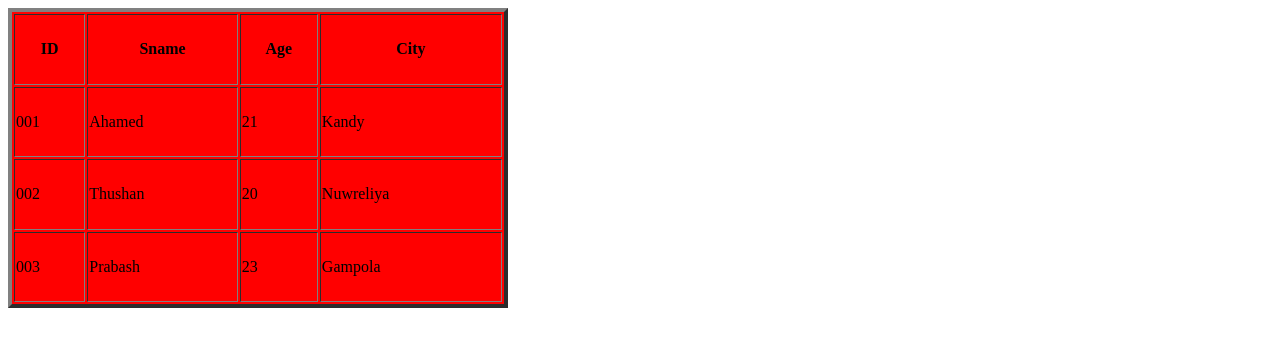
Repository: Haakim19/WebDevelopment
Page: new.html
An editor plug-in stored every save of this project. The page is shown before and after the next save, followed by the edit.
The browser window is 1280 px wide. The pictures show the whole page.

Above is the page before, as saved 2024-10-10 14:17:19.

After the next save:
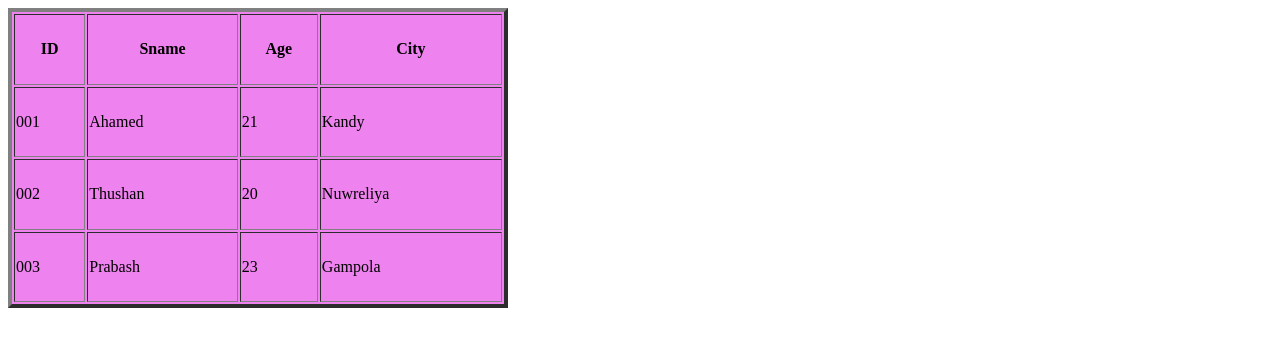
Saved 9 s later.
--- a/new.html
+++ b/new.html
@@ -14,7 +14,7 @@
 		<video src="Deadpool.Wolverine.2024.1080p.WEBRip.x264.AAC5.1-[YTS.MX].mp4" width="600px" height="600px"></video>
 	</div> -->
 	<div class="table">
-		<table border="4" width="500px" height="300px" bgcolor="red">
+		<table border="4" width="500px" height="300px" bgcolor="violet">
 			<tr class="row-heading">
 				<th>ID</th> <th>Sname</th> <th>Age</th> <th>City</th>
 			</tr>
